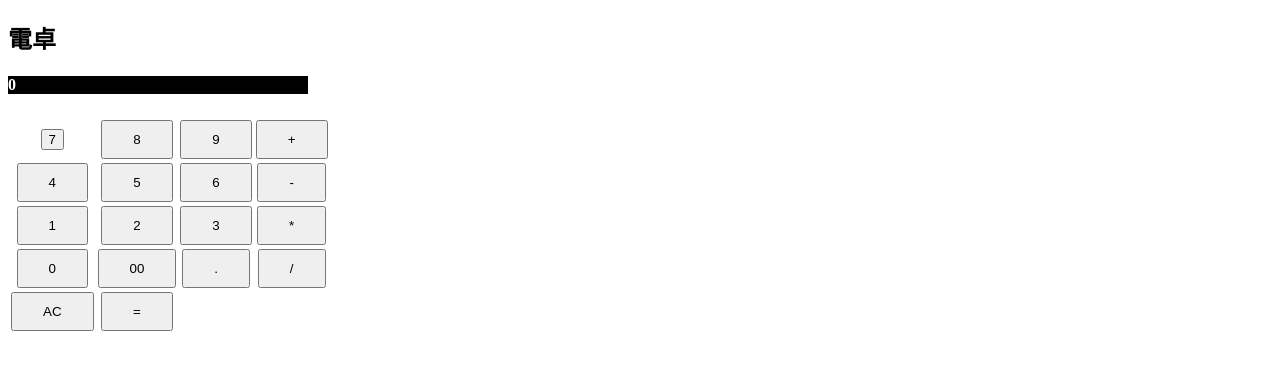
Repository: syokaturyou/potepan
Page: dentaku.html
The author's editor kept a record of every edit. The page is drawn from the files as they stood at one moment, then again after the next edit.
The browser window is 1280 px wide. The pictures show the whole page.

Above is the page before.

### dentaku.html
   <!DOCTYPE html>
    <html lang="en">
      <head>
        <meta charset="utf-8">
        <!--<script src="https://code.jquery.com/jquery-3.2.1.js" integrity="sha256-DZAnKJ/6XZ9si04Hgrsxu/8s717jcIzLy3oi35EouyE=" crossorigin="anonymous"></script>  -->
        <link rel="stylesheet" href="css/main.css">
        <title>電卓</title>
        <script src="javascript/jquery.min.js"></script>
        <script type="text/javascript" src="javascript/main.js" charset="utf-8"></script>
      </head>

      <body>
        <h2>電卓</h2>

          <table>
          <tr>
            <h4 class="target">0</h4>
          </tr>
          <tr>
            <th><input type="button" class="b7" value="7"></input></th>
            <th><button class="button8">8</button></th>
            <th><button class="button9">9</button></th>
            <th><button class="button+">+</button></th>
          </tr>
          <tr>
            <th><button class="button4">4</button></th>
            <th><button class="button5">5</button></th>
            <th><button class="button6">6</button></th>
            <th><button class="button-">-</button></th>
          </tr>
          <tr>
            <th><button class="button1">1</button></th>
            <th><button class="button2">2</button></th>
            <th><button class="button3">3</button></th>
            <th><button class="button*">*</button></th>
          </tr>
          <tr>
            <th><button class="button0">0</button></th>
            <th><button class="button00">00</button></th>
            <th><button class="button.">.</button></th>
            <th><button class="button/">/</button></th>
          </tr>
          <tr>
            <th><button class="buttonreset">AC</button></th>
            <th><button class="button=">=</button></th>
          </tr>
        </table>

      </body>
    </html>

### css/main.css
table{
  background-color: white;
}

h4{
  width: 300px;
  color: white;
  background-color: black;
}

 button {
  padding: 10px 30px;
}

/*.buttonreset {*/
/*  padding: 10px;*/
/*}*/

### javascript/main.js
     $(document).ready(function(){
      $(".button0").click(function() {
      let value = $(".button0").text(); //テキストを取得し変数に入れています
      $(".target").text(value); //テキストを変更する処理
      });

      $(".button1").click(function() {
      let value1 = 1;
      let value = value + value1
      $(".target").text(value);
      });

      $(".button2").click(function() {
      let value2 = 2;
      let value = value + value2
       $(".target").text(value);
      });

      $(".button3").click(function() {
      let value = 3;
       $(".target").text(value);
      });

      $(".button4").click(function() {
      let value = 4;
       $(".target").text(value);
      });

      $(".button5").click(function() {
      let value = $(".button5").number();
       $(".target").number(value);
      });

      $(".button6").click(function() {
      let value = $(".button6").text();
       $(".target").text(value);
      });

      $(".button7").click(function() {
      let value = $(".button7").text();
       $(".target").text(value);
      });

      $(".button8").click(function() {
      let value = $(".button8").text();
       $(".target").text(value);
      });

      $(".button9").click(function() {
      let value = $(".button9").text();
       $(".target").text(value);
      });

      $(".buttonreset").click(function() {
       $(".target").text(0);
      });

  });

Loaded but not shown: javascript/jquery.min.js (library)

After the next edit:
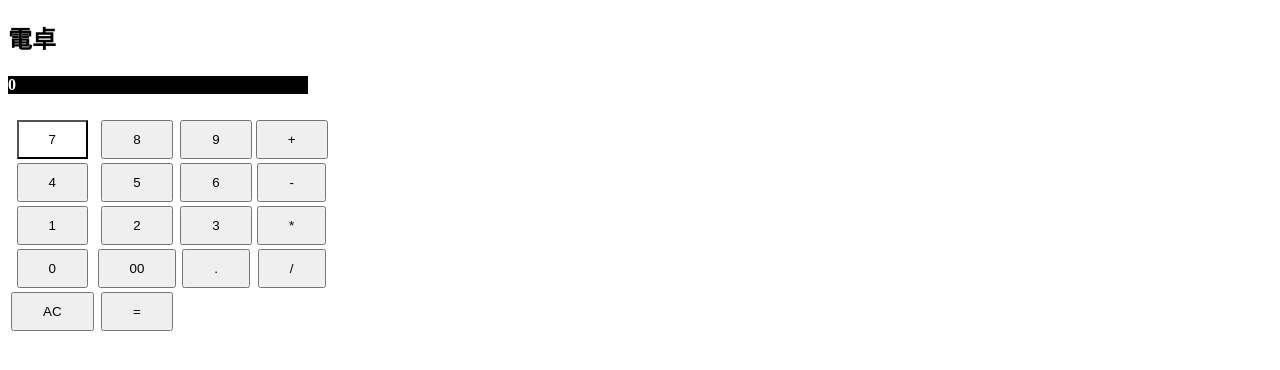
The edit:
--- a/css/main.css
+++ b/css/main.css
@@ -12,6 +12,7 @@
   padding: 10px 30px;
 }
 
-/*.buttonreset {*/
-/*  padding: 10px;*/
-/*}*/
+.b7{
+    background-color: white;
+    padding: 10px 30px;
+}
